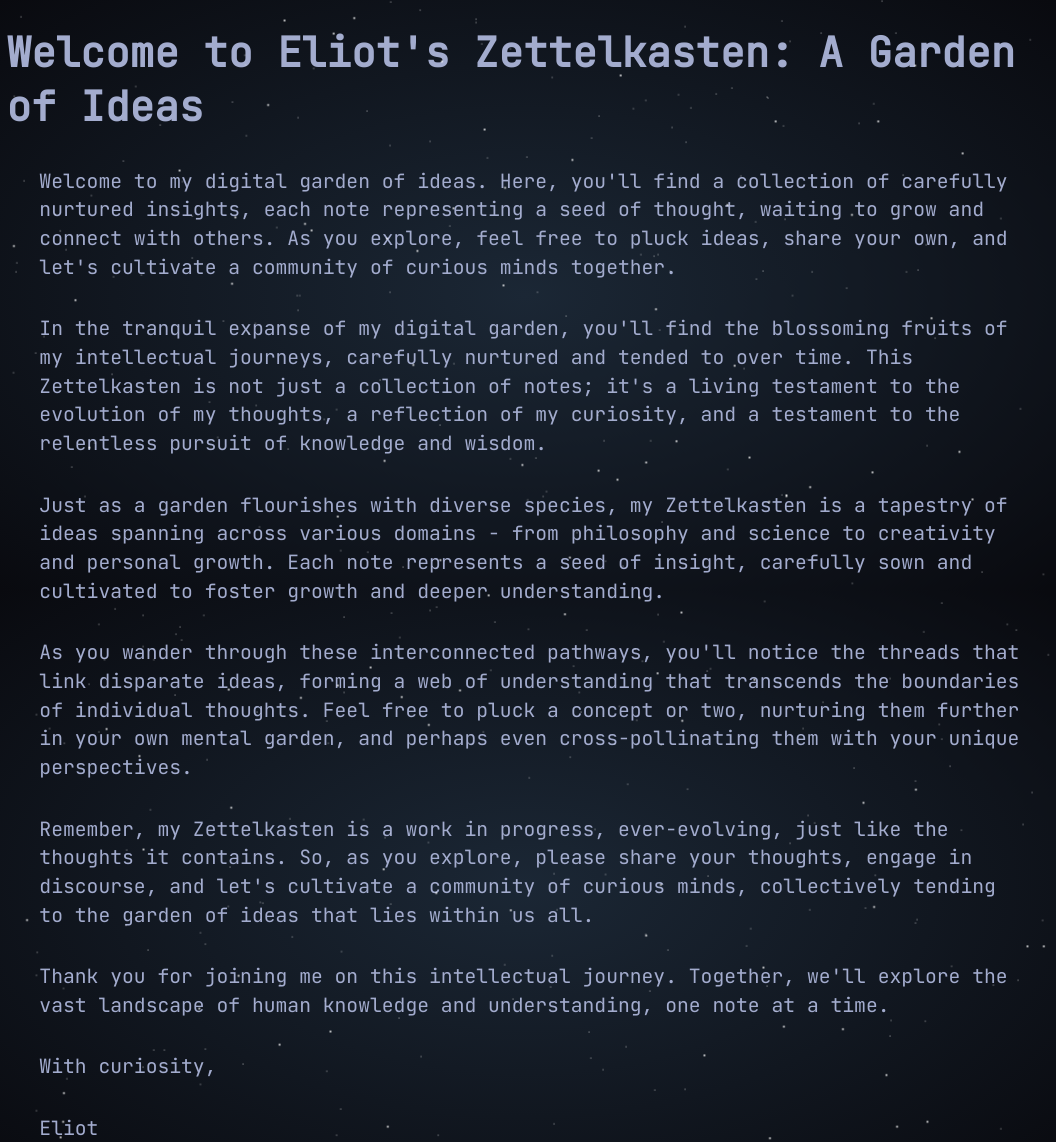
Repository: EliotKhachi/publicZk
Page: zettelkasten.html
These files come from the project's save history. The page is drawn as it stood at one moment and after the next save; the edit follows.
The browser window is 1280 px wide. The page is 1288 px wide, so the pictures cover 1288 px, including what lies to the right of the window. The pictures show the whole page, at 82% of full size.

Above is the page before, as saved 2023-10-01 17:36:28.

### zettelkasten.html
<!DOCTYPE html>
<html lang="en">
  <head>
    <meta charset="UTF-8" />
    <meta name="viewport" content="width=device-width, initial-scale=1.0" />
    <meta http-equiv="X-UA-Compatible" content="ie=edge" />
    <title>Eliot Khachi</title>
    <link rel="stylesheet" type="text/css" href="./zettelkasten.css" />
    <link
      href="https://fonts.googleapis.com/css2?family=JetBrains+Mono:wght@400&display=swap"
      rel="stylesheet"
    />
  </head>
  <body>
    <div class="wrapper">
      <div id="stars"></div>
      <div id="stars2"></div>
      <div id="stars3"></div>
    </div>
    <div class="parent">
      <h1 id="title">Welcome to Eliot's Zettelkasten: A Garden of Ideas</h1>
      <div class="container">
        <p>

          <p>Welcome to my digital garden of ideas. Here, you'll find a collection of carefully nurtured insights, each note representing a seed of thought, waiting to grow and connect with others. As you explore, feel free to pluck ideas, share your own, and let's cultivate a community of curious minds together.</p>

<p>In the tranquil expanse of my digital garden, you'll find the blossoming fruits of my intellectual journeys, carefully nurtured and tended to over time. This Zettelkasten is not just a collection of notes; it's a living testament to the evolution of my thoughts, a reflection of my curiosity, and a testament to the relentless pursuit of knowledge and wisdom.</p>


<p>Just as a garden flourishes with diverse species, my Zettelkasten is a tapestry of ideas spanning across various domains - from philosophy and science to creativity and personal growth. Each note represents a seed of insight, carefully sown and cultivated to foster growth and deeper understanding.</p>


<p>As you wander through these interconnected pathways, you'll notice the threads that link disparate ideas, forming a web of understanding that transcends the boundaries of individual thoughts. Feel free to pluck a concept or two, nurturing them further in your own mental garden, and perhaps even cross-pollinating them with your unique perspectives.</p>

<p>Remember, my Zettelkasten is a work in progress, ever-evolving, just like the thoughts it contains. So, as you explore, please share your thoughts, engage in discourse, and let's cultivate a community of curious minds, collectively tending to the garden of ideas that lies within us all.</p>

<p>Thank you for joining me on this intellectual journey. Together, we'll explore the vast landscape of human knowledge and understanding, one note at a time.</p>

<p>With curiosity,</p>

<p>Eliot</p>
      </div>
    </div>
    <script src="script.js"></script>
  </body>
</html>

### zettelkasten.css
@import "stars.css"; /* BACKGROUND CSS */

/* CSS VARIABLES */
:root {
  --primary-color: #a3acce;
  --background-color-light: #1b2735;
  --background-color-medium: #091320;
  --background-color-dark: #090a0f;
  --text-opacity: 70%;
  --text-opacity-on-hover: 100%;
}

/* GENERAL CSS */
html {
    height: 100%;
    width: 100%;
}

img {
  width: 100%;
  height: 100%;
}

body {
  height: 100%;
  width: 100%;
  overflow: auto;
  background: radial-gradient(
    ellipse,
    var(--background-color-light) 0%,
    var(--background-color-dark) 100%
  );
  color: var(--primary-color);
  font-family: "JetBrains Mono", monospace;
}

h1 {
    margin-top: 20px;
    font-size: 50px;
}

h2 {
  margin: 20px;
  margin-bottom: 0px;
  font-size: 36px;
  line-height: 45px;
}

p {
  margin: 40px;
  font-size: 24px;
  line-height: 35px;
}

a {
  color: white;
  text-decoration: none;
}

a:hover {
  text-decoration: underline;
}

ul {
    font-size: 20px;
    line-height: 30px;

}

th, td {
    font-size: 20px;
    border: 3px solid var(--primary-color);
    padding: 8px;
    text-align: left;
}
th {
    font: bold;
    background-color: var(--primary-color);
    color: var(--background-color-dark);
}

Loaded but not shown: stars.css (507 lines, source omitted); script.js (no copy from this time; the picture is the same without it)

After the next save:
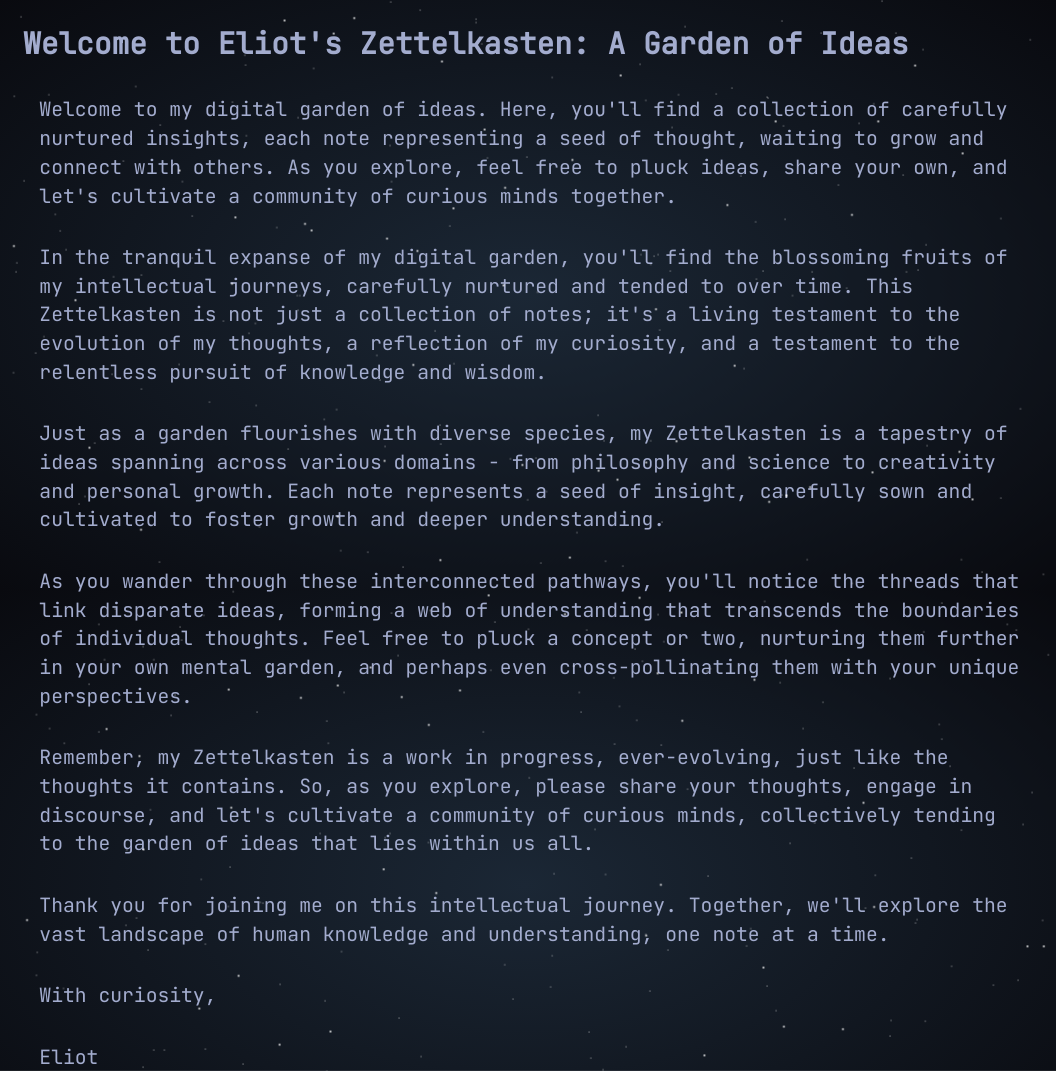
Saved 9 s later.
--- a/zettelkasten.html
+++ b/zettelkasten.html
@@ -18,7 +18,7 @@
       <div id="stars3"></div>
     </div>
     <div class="parent">
-      <h1 id="title">Welcome to Eliot's Zettelkasten: A Garden of Ideas</h1>
+      <h2 id="title">Welcome to Eliot's Zettelkasten: A Garden of Ideas</h1>
       <div class="container">
         <p>
 

After the save that followed:
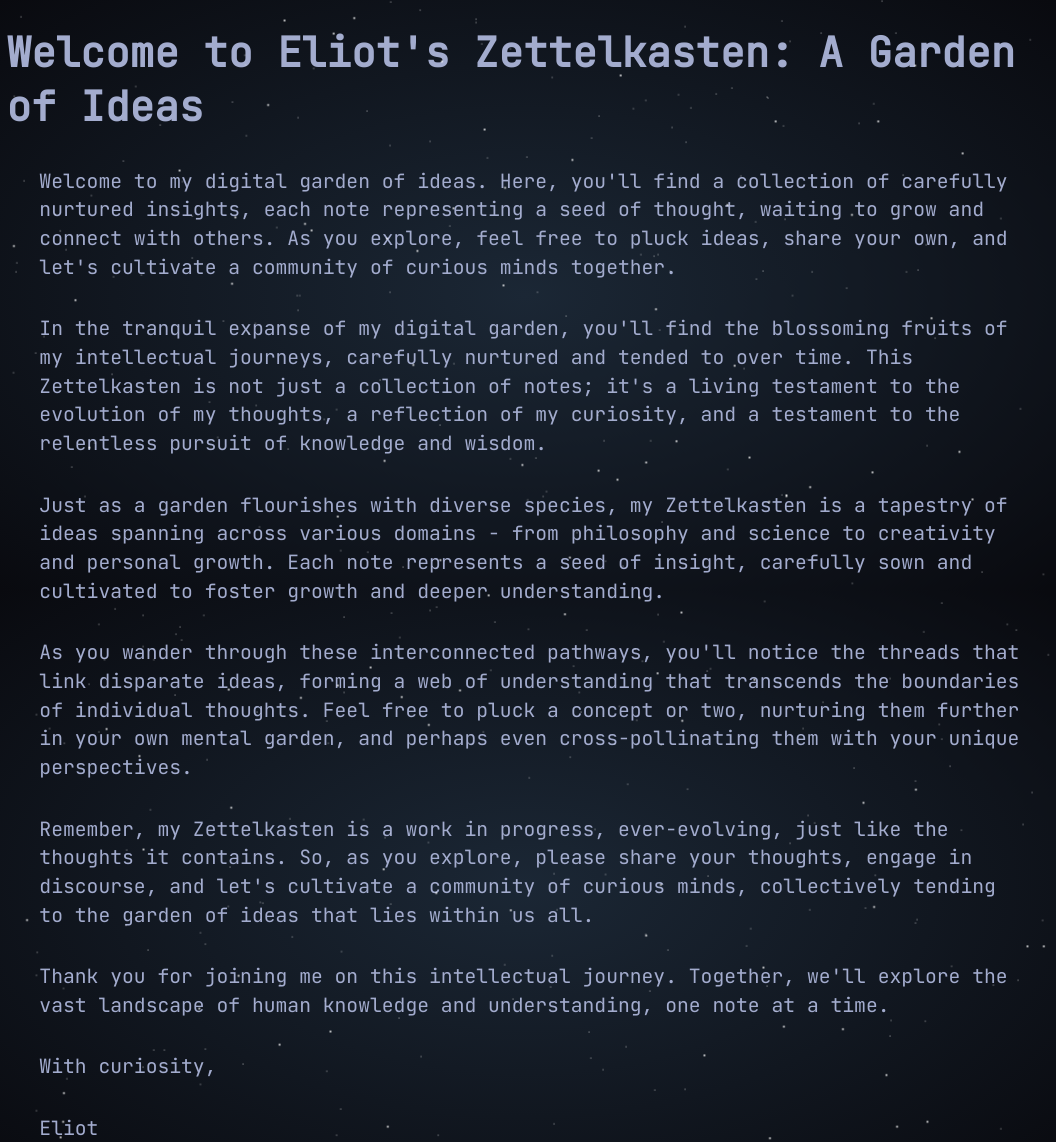
Saved 4 s later.
--- a/zettelkasten.html
+++ b/zettelkasten.html
@@ -18,7 +18,7 @@
       <div id="stars3"></div>
     </div>
     <div class="parent">
-      <h2 id="title">Welcome to Eliot's Zettelkasten: A Garden of Ideas</h1>
+      <h1 id="title">Welcome to Eliot's Zettelkasten: A Garden of Ideas</h1>
       <div class="container">
         <p>
 
